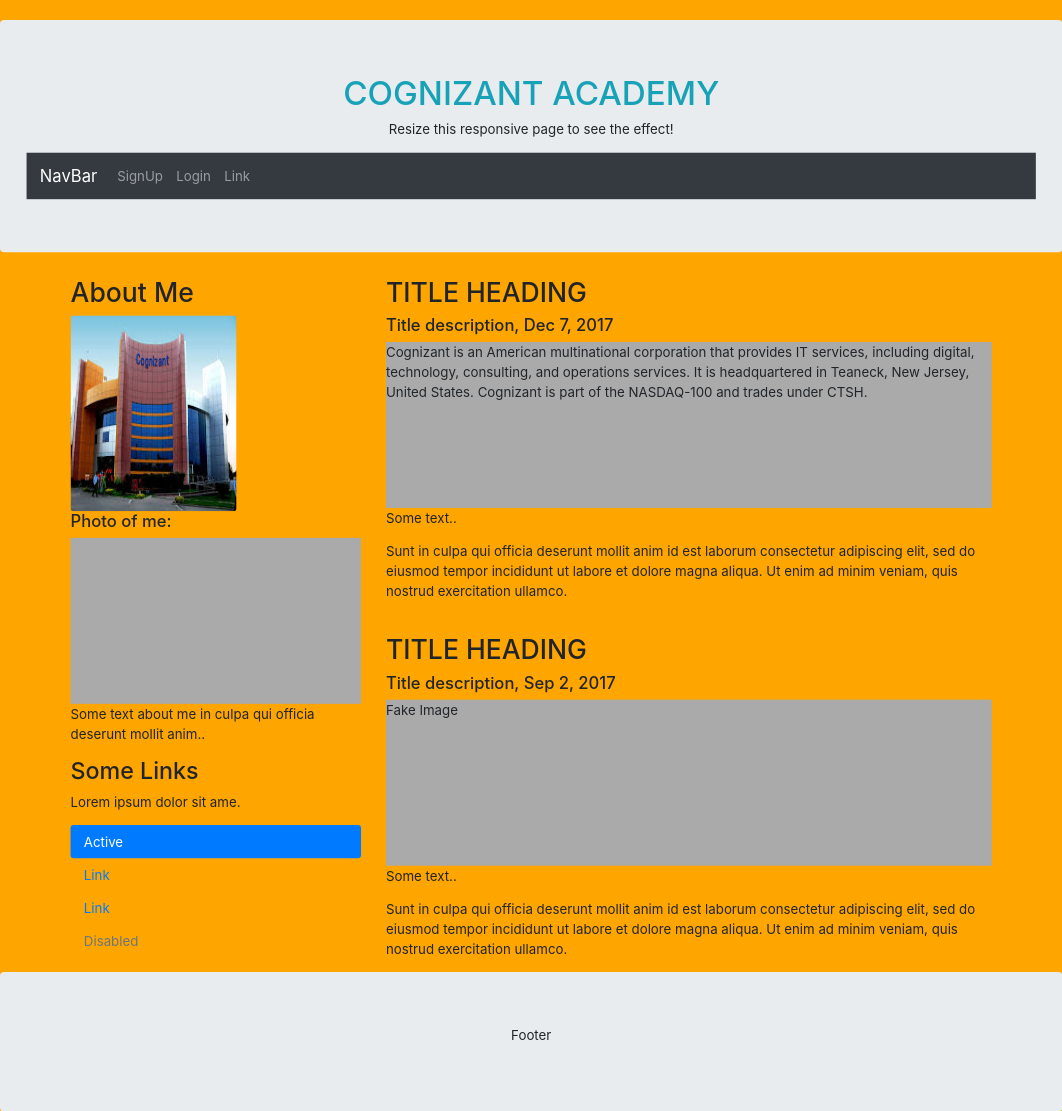
Repository: Ushaswee/cognizant1
Page: BootstrapPro/WebContent/Bootstrap/BsTemplate.html
The author's editor kept a copy of each file at every save. The page is drawn from the files as they stood at one save, then again after the next save.
The browser window is 1280 px wide. The pictures show the whole page, at 83% of full size.

Above is the page before, as saved 2020-01-18 12:12:45.

After the next save:
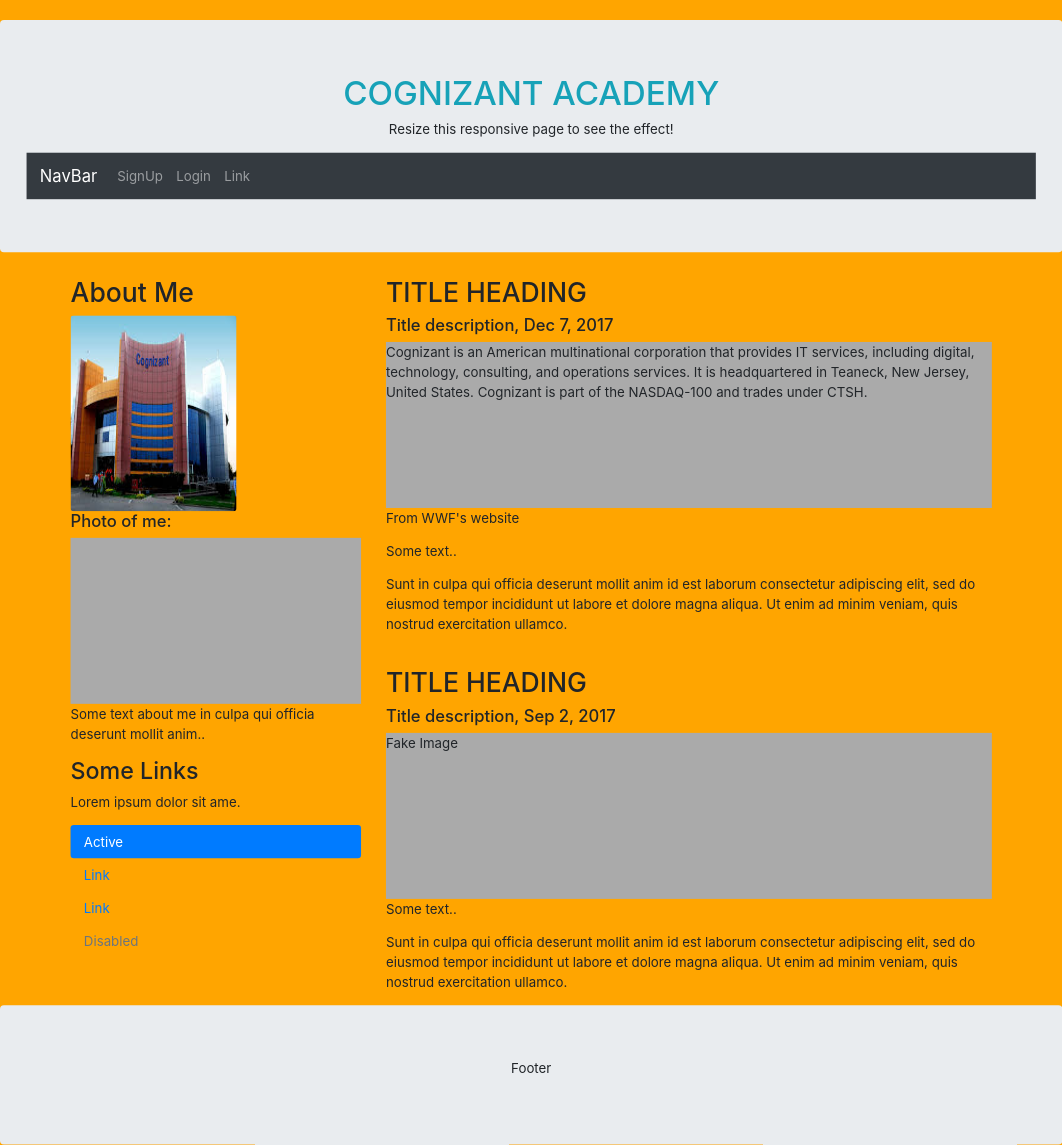
Saved 2 min 54 s later.
--- a/BootstrapPro/WebContent/Bootstrap/BsTemplate.html
+++ b/BootstrapPro/WebContent/Bootstrap/BsTemplate.html
@@ -76,9 +76,13 @@
     <div class="col-sm-8">
       <h2>TITLE HEADING</h2>
       <h5>Title description, Dec 7, 2017</h5>
+      <blockquote>
       <div class="fakeimg">Cognizant is an American multinational corporation that provides IT services, including digital, technology, consulting, and operations services. It is headquartered in Teaneck, New Jersey, United States. Cognizant is part of the NASDAQ-100 and trades under CTSH.</div>
+      <footer>From WWF's website</footer>
+  </blockquote>
       <p>Some text..</p>
       <p>Sunt in culpa qui officia deserunt mollit anim id est laborum consectetur adipiscing elit, sed do eiusmod tempor incididunt ut labore et dolore magna aliqua. Ut enim ad minim veniam, quis nostrud exercitation ullamco.</p>
+
       <br>
       <h2>TITLE HEADING</h2>
       <h5>Title description, Sep 2, 2017</h5>
